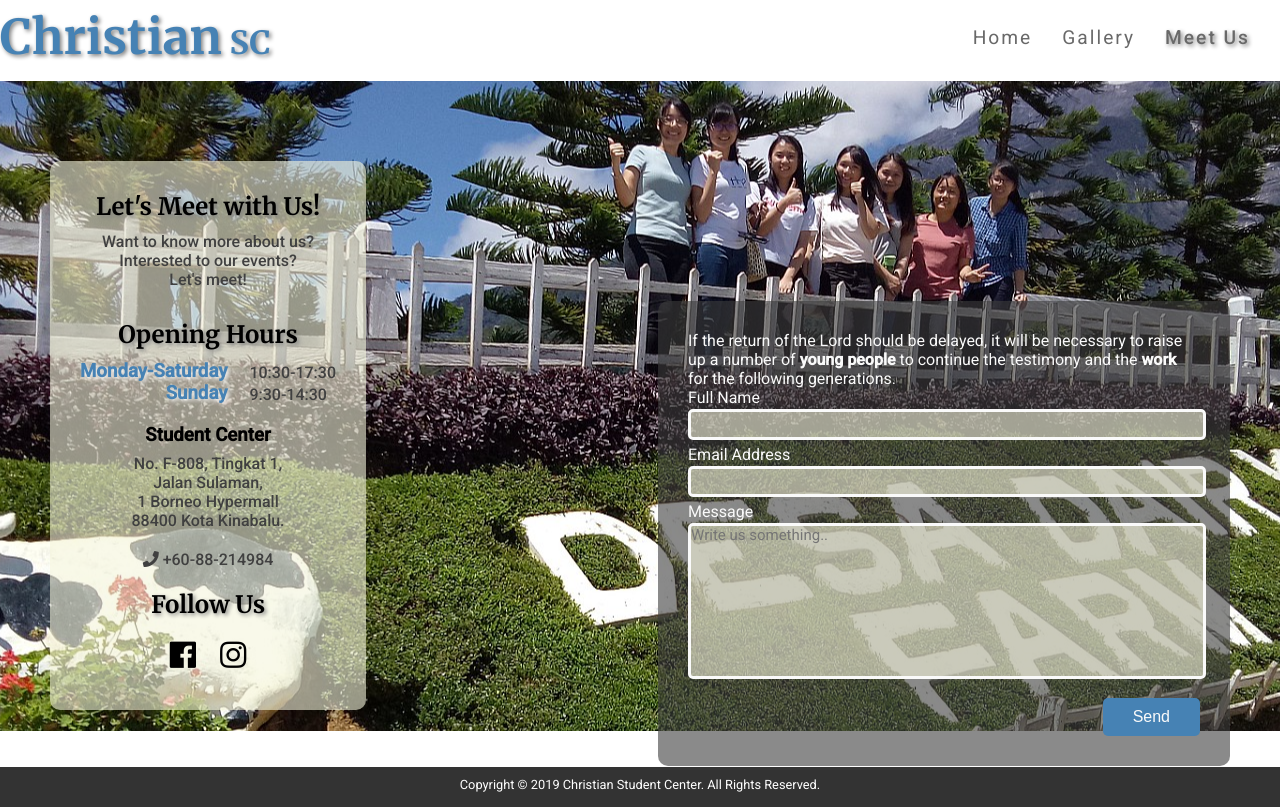
Repository: kongteckmee/christian-sc
Page: meet.html
The author's editor kept a record of every edit. The page is drawn from the files as they stood at one moment, then again after the next edit.
The browser window is 1280 px wide. The pictures show the whole page.
Some web libraries are served in a nearby version.

Above is the page before.

### meet.html
<!DOCTYPE html>
<html lang="en">

<head>
    <meta charset="UTF-8">
    <meta name="viewport" content="width=device-width, initial-scale=1.0">
    <meta http-equiv="X-UA-Compatible" content="ie=edge">
    <link rel="stylesheet" href="https://use.fontawesome.com/releases/v5.1.1/css/all.css" integrity="sha384-O8whS3fhG2OnA5Kas0Y9l3cfpmYjapjI0E4theH4iuMD+pLhbf6JI0jIMfYcK3yZ" crossorigin="anonymous">
    <link rel="stylesheet" href="assets/css/style.css" type="text/css" />
    <title>Christian Student Center</title>
</head>

<body>
    <header>
        <a id="logo" href="index.html">
            <h2><span style="font-size: 150%">Christian</span> SC</h2>
        </a>
        <nav>
            <ul id="scmenu">
                <li>
                    <a class="scactive" href="meet.html">Meet Us</a>
                </li>
                <li>
                    <a href="gallery.html">Gallery</a>
                </li>
                <li>
                    <a href="index.html">Home</a>
                </li>
            </ul>
        </nav>
    </header>
    <section id="meet">
        <div id="location">
            <div id="contact">
                <h2>Let's Meet with Us!</h2>
                <p>Want to know more about us?</p>
                <p>Interested to our events?</p>
                <p>Let's meet!</p>
            </div>
            <div id="open">
                <h2>Opening Hours</h2>
                <div id="day">
                    <h3>Monday-Saturday</h3>
                    <h3>Sunday</h3>
                </div>
                <div id="time">
                    <p>10:30-17:30</p>
                    <p>9:30-14:30</p>
                </div>
            </div>
            <div id="address">
                <h3>Student Center</h3>
                <br>
                <p>No. F-808, Tingkat 1,</p>
                <p>Jalan Sulaman,</p>
                <p>1 Borneo Hypermall</p>
                <p>88400 Kota Kinabalu.</p>
            </div>
            <div id="phone">
                <p><i class="fas fa-phone"></i> +60-88-214984</p>
            </div>
            <div id="follow">
                <h2>Follow Us</h2>
                <nav>
                    <ul id="social">
                        <li><a href="https://www.facebook.com/thechurchinkk/" target="_blank"> <i class="fab fa-facebook"></i></a></li>
                        <li><a href="https://www.instagram.com/studentcenterkk/" target="_blank"> <i class="fab fa-instagram"></i></a></li>
                    </ul>
                </nav>
            </div>
        </div>
        <div id="form">
            <form>
                <p>If the return of the Lord should be delayed, it will be necessary to raise up a number of <strong>young people</strong> to continue the testimony and the <strong>work</strong> for the following generations.</p>
                <label for="fullname">Full Name</label>
                <input class="place-input" type="text" name="full_name" id="fullname" required />
                <label for="email">Email Address</label>
                <input class="place-input" type="email" name="email_address" id="email" required />
                <label for="message">Message</label>
                <textarea class="place-input" id="message" name="message" placeholder="Write us something.." style="height:150px" required></textarea>
                <button type="submit">Send</button>
            </form>
        </div>
    </section>
    <footer>
        <div id="footer-copyright">
            <p>Copyright © 2019 Christian Student Center. All Rights Reserved.</p>
        </div>
    </footer>
</body>

</html>

### assets/css/style.css
@import url('https://fonts.googleapis.com/css?family=Merriweather:500,600,700|Roboto:300,400,500');

* {
    margin: 0;
    padding: 0;
    border: 0;
}

body {
    font-family: 'Roboto', sans-serif;
    color: #696969; /*Grey color */
}

/* ------------------------------------------------------ Header */

#logo {
    float: left;
    text-decoration: none;
}

#logo h2 {
    font-family: 'Merriweather', serif;
    font-size: 200%;
    color: #4682b4; /* Steel Blue color */
    text-shadow: 2px 2px 4px #808080;
}

#scmenu {
    font-size: 120%;
    list-style-type: none;
    letter-spacing: 2px;
}

#logo, #scmenu {
    line-height: 75px;
}

#scmenu li {
    float: right;
    margin-right: 30px;
}

#scmenu a {
    text-decoration: none;
    color: inherit;
}

#scmenu a:hover {
    color: #4682b4; /* Steel Blue color */
    font-weight: 500;
    text-shadow: 2px 2px 4px #808080;
}

.scactive {
    font-weight: 500;
    text-shadow: 2px 2px 4px #808080;
}

/* ------------------------------------------------------ Section: Welcome */

#scmeeting {
    height: 700px;
    width: 100%;
    background: url("../img/meeting-t.jpg") no-repeat center center;
}

#scgallery {
    height: 550px;
    width: 100%;
    background: url("../img/r_combined-t.jpg") no-repeat center center;
    margin-left: 140px;
    overflow: hidden;
}

#outing {
    height: 720px;
    width: 100%;
}

#photo img {
    width: 49%;
    margin-left: 4px;
}

#scmeetingrange {
    height: 700px;
    width: 100%;
    overflow: hidden;
}

#welcome-text {
    width: 400px;
    height: 220px;
    color: #fefcff; /* Milky white */
    background-color: rgba(212,175,55,.7);
    padding-top:20px;
    bottom: 35px; /* Fixed the welcome text box-bottom */
    right: 100px; /* Fixed the welcome text box-right */
    position: absolute;
}

#gallery-text {
    width: 350px;
    height: 350px;
    color: #fefcff; /* Milky white */
    background-color: rgba(219,112,147,.7);
    padding-top:20px;
    bottom: 200px;
    right: 940px;
    position: absolute;
}

#outing-text h1, #photo h1 {
    text-shadow: 2px 2px 4px #808080;
}

#video iframe {
    margin: 0 auto;
    display: block;
}

#welcome-text h1 {
    margin-bottom: 5px;
    font-size: 300%;
    font-family: 'Merriweather', serif;
    text-transform: uppercase;
    text-align: center;
    letter-spacing: 4px;
}

#gallery-text h1, #outing-text h1, #photo-text h1 {
    margin-top: 10px;
    margin-bottom: 20px;
    font-size: 250%;
    font-family: 'Merriweather', serif;
    /*text-transform: uppercase;*/
    text-align: center;
    letter-spacing: 4px;
}

hr {
    width: 80%;
    height: 3px;
    margin-left: auto;
    margin-right: auto;
    background-color:#fefcff; /* Milky white */
}

#welcome-text h3 {
    margin: 20px;
    font-size: 130%;
    font-weight: 300;
    text-align: center;
}

#gallery-text h3, #outing-text h3, #photo-text h3 {
    margin: 35px;
    font-size: 130%;
    font-weight: 300;
    text-align: center;
}

/* ------------------------------------------------------ Section: About */

#about {
    height: 500px;
}

#about h1 {
    margin-top: 30px;
    margin-bottom: 30px;
    font-family: 'Merriweather', serif;
    color: #4682b4; /* Steel Blue color */
    text-transform: uppercase;
    text-align: center;
    text-shadow: 2px 2px 4px #808080;
    font-size: 200%;
    letter-spacing: 1px;
}

#about h2 {
    font-family: 'Merriweather', serif;
    font-size: 130%;
    text-transform: uppercase;
    text-shadow: 2px 2px 4px #808080;
}

#left {
    margin-right: 30px;
    padding-top: 30px;
    width: 30%;
    float: left;
}

#right {
    margin-right: 30px;
    padding-top: 30px;
    width: 30%;
    float: right;
}

#center {
    padding-top: 30px;
    width: 33%;
    margin: 0 auto; /* center the div */
}

br {
    display: block;
    content: "";
    margin: 2em;
    font-size: 24%; /* spacing */
}

.left-right-side {
    width: 50%;
    float: right;
    padding-top: 40px;
    clear: both;
    margin-left: 20px;
    margin-bottom: 50px;
}

.middle {
    width: 50%;
    float: right;
    padding-top: 40px;
    margin-right: 20px;
}

#container {
    width: 150px;
    height: 150px;
    border: 3px solid #cccccc;
    border-radius: 50%;
    margin-left: 20px;
    margin-bottom: 20px;
}

#contain-study {
    background: url("../img/study-group.jpg") no-repeat center center;
    height: 100%;
    border-radius: 50%;
}

#contain-wifi {
    background: url("../img/free-wifi.jpg") no-repeat center center;
    height: 100%;
    border-radius: 50%;
}

#contain-seminar {
    background: url("../img/truth-seminar.jpg") no-repeat center center;
    height: 100%;
    border-radius: 50%;
}

#contain-bible {
    background: url("../img/bible-study.jpg") no-repeat center center;
    height: 100%;
    border-radius: 50%;
}

#contain-cafe {
    background: url("../img/cafe.jpg") no-repeat center center;
    height: 100%;
    border-radius: 50%;
}

#contain-books {
    background: url("../img/spiritual-book.jpg") no-repeat center center;
    height: 100%;
    border-radius: 50%;
}

/* ------------------------------------------------------ Section: Event */

#event {
    height: 250px;
    /*background-color: #a9a9a9;*/
}

#event div {
    color: #ffebcd;
    width: 19.2%;
    height: 90%;
    float: left;
    padding-top: 30px;
    text-align: center;
    margin: 5px;
}

#event h2 {
    color: #ffffff;
    font-family: 'Merriweather', serif;
    margin-bottom: 20px;
}

#event h3 {
    margin-top: 20px;
    font-weight: 400;
}

.black {
    background-color: rgba(48,48,48,.8);
}

.black h2 {
    line-height: 120px;
    text-transform: uppercase;
    text-shadow: 5px 5px 0px rgba(0,0,0,0.2);
}

.black h3 {
    color: #ffffff;
    font-size: 200%;
    text-shadow: 5px 5px 0px rgba(0,0,0,0.2);
}

.grey {
    background-color: rgba(105,105,105,.8);
}

.green {
    background-color: rgba(102,102,0,.8);
}

/* ------------------------------------------------------ Meet Us page */

#meet {
    height: 650px;
    width: 100%;
    clear: both;
    background: url("../img/desa.jpg") no-repeat center center;
}

#location {
    width: 20%;
    margin: 80px 0 0 50px;
    padding: 30px 30px 30px 30px;
    float: left;
    background-color: rgba(245,245,220,0.6);
    border-radius: 10px;
    color: #000;
    text-align: center;
}

#location h2 {
    font-family: 'Merriweather', serif;
    text-shadow: 2px 2px 4px #808080;
    margin-bottom: 10px;
}

#open {
    padding-top: 30px;
}

#day{
    float: left;
    text-align: right;
}

#day h3 {
    color: #4682b4;
    text-shadow: 2px 2px 4px #fff;
}

#time {
    float: right;
    text-align: left;
    color: #404040;
}

#time p {
    margin-top: 3px;
    font-weight: 500;
}

#address {
    clear: both;
    margin-top: 20px;
    display: inline-block;
}

#phone {
    margin-top: 20px;
}

#contact p, #address p, #phone p {
    font-weight: 500;
    color: #404040;
}

#follow {
    clear: both;
    margin-top: 20px;
}

#social li {
    display: inline;
}

#social i {
    font-size: 30px;
    margin: 10px;
    color: #000;
}

#social i:hover {
    color: #4682b4;
}

#form {
    width: 40%;
    margin: 220px 50px 0 0;
    padding: 30px 30px 30px 30px;
    float: right;
    background-color: rgba(60,60,60,0.6);
    border-radius: 10px;
    color: #fafafa;
}

.place-input {
    background-color: rgba(245,245,220,0.6);
    width: 100%;
    height: 25px;
    margin: 2px 0 5px 0;
    border: 3px solid #fafafa;
    border-radius: 5px;
    font-family: 'Roboto', sans-serif;
    font-size: 15px;
}

.place-input:hover {
    border-color: #4682b4;
}

textarea {
    resize: none;
}

button {
    background-color: #4682b4;
    margin-top: 10px;
    padding: 10px 30px 10px 30px;
    border-radius: 5px;
    color: #fafafa;
    font-size: 100%;
    text-align: center;
    display: block;
    float: right;
}

button:hover {
    background-color: #fafafa;
    color: #4682b4;
}

/* ------------------------------------------------------ Footer */

footer {
    /*margin-top: 5px;*/
    border-top: 1px solid #fff;
    height: 40px;
    width: 100%;
    background-color: #333333;
    clear: both;
}

footer #footer-copyright {
    color: #fff;
    line-height: 35px;
    font-size: 80%;
    text-align: center;
}

After the next edit:
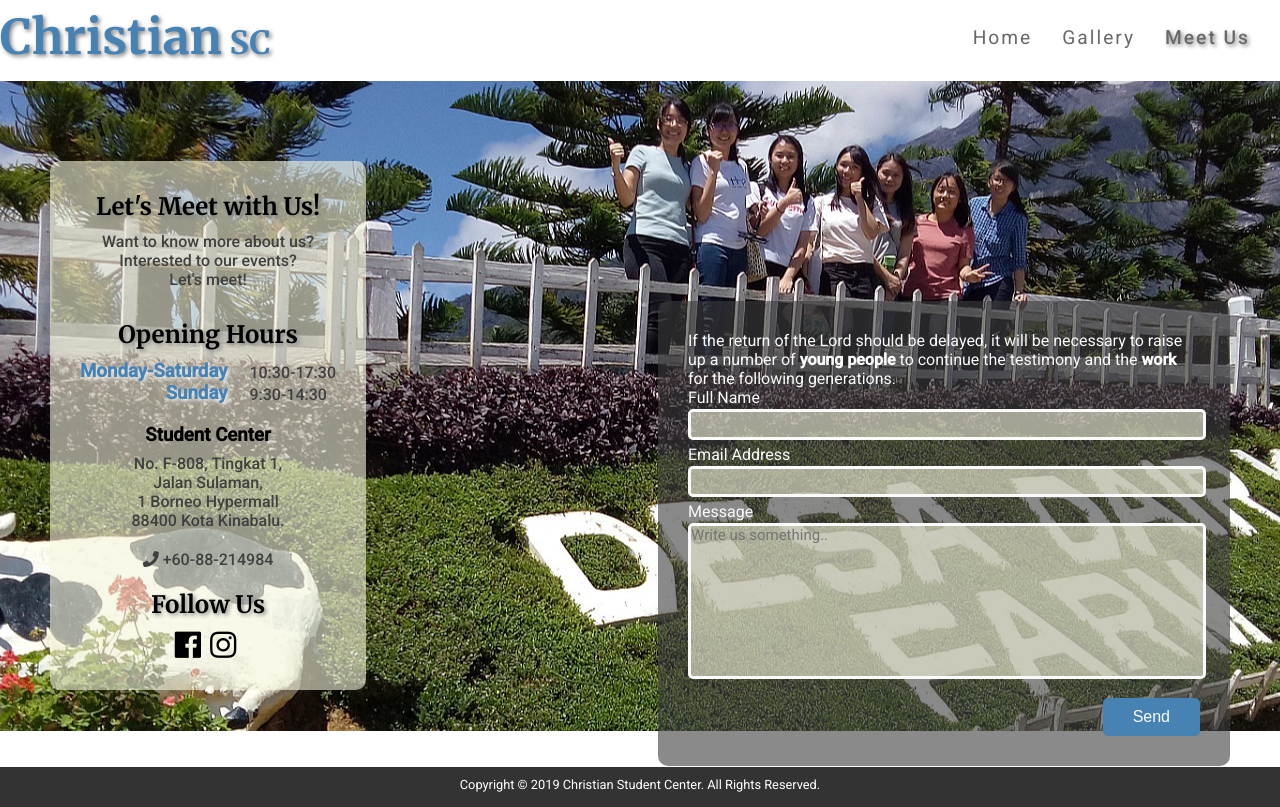
The edit:
--- a/assets/css/style.css
+++ b/assets/css/style.css
@@ -402,7 +402,7 @@
 
 #social i {
     font-size: 30px;
-    margin: 10px;
+    margin-right: 5px;
     color: #000;
 }
 
